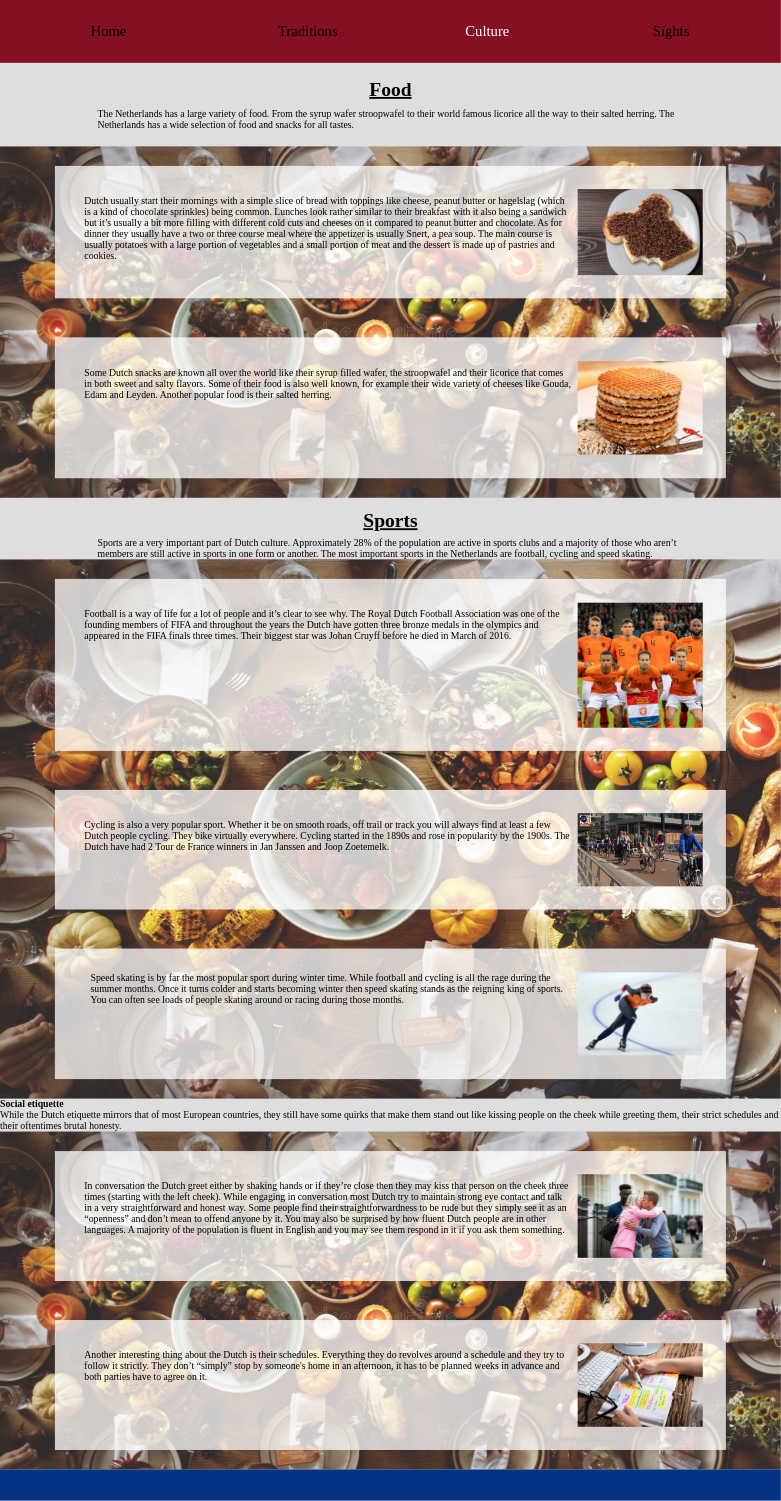
Repository: Cornman63/The-netherlands
Page: html/culture.html
An editor plug-in stored every save of this project. The page is shown before and after the next save, followed by the edit.
The browser window is 1280 px wide. The pictures show the whole page, at 61% of full size.

Above is the page before, as saved 2023-05-28 13:24:15.

### html/culture.html
<!DOCTYPE html>
<html lang="en">
<head>
    <meta charset="UTF-8">
    <meta http-equiv="X-UA-Compatible" content="IE=edge">
    <meta name="viewport" content="width=device-width, initial-scale=1.0">
    <title>Culture</title>
    <link rel="stylesheet" href="../CSS\style2.css">
</head>
<body>
<header>
    <div class="top">
        <div class="site"><a href="index.html" class="link">Home</a></div>
        <div class="site"><a href="traditions.html" class="link">Traditions</a></div>
        <div class="site"><a href="culture.html" style="color: white" class="link">Culture</a></div>
        <div class="site"><a href="sights.html" class="link">Sights</a></div>
    </div>
</header>

    <div class="text">
        <h4 class="h">Food</h4>
        <div class="food">
            <div class="intro">The Netherlands has a large variety of food. From the syrup wafer stroopwafel to their world famous licorice all the way to their salted herring. The Netherlands has a wide selection of food and snacks for all tastes. </div>
        </div>
        <div class="foodmain">
        <div class="item">
            <p class="par">Dutch usually start their mornings with a simple slice of bread with toppings like cheese, peanut butter or hagelslag (which is a kind of chocolate sprinkles) being common. Lunches look rather similar to their breakfast with it also being a sandwich but it’s usually a bit more filling with different cold cuts and cheeses on it compared to peanut butter and chocolate. As for dinner they usually have a two or three course meal where the appetizer is usually Snert, a pea soup. The main course is usually potatoes with a large portion of vegetables and a small portion of meat and the dessert is made up of pastries and cookies. </p>
            <img src="../images\hagelslag.jpg" alt="hagelslag" class="img">
        </div>
        <div class="item">
            <p class="par">Some Dutch snacks are known all over the world like their syrup filled wafer, the stroopwafel and their licorice that comes in both sweet and salty flavors. Some of their food is also well known, for example their wide variety of cheeses like Gouda, Edam and Leyden. Another popular food is their salted herring.</p>
            <img src="../images/stroopwafel.jpg" alt="stroopwafel" class="img">
        </div>
        </div>

        <div class="intro">
            <h2 class="h">Sports</h2>
            <p>Sports are a very important part of Dutch culture. Approximately 28% of the population are active in sports clubs and a majority of those who aren’t members are still active in sports in one form or another. The most important sports in the Netherlands are football, cycling and speed skating. </p>
        </div>
        <div class="sportmain">
            <div class="item">
            <p class="par">Football is a way of life for a lot of people and it’s clear to see why. The Royal Dutch Football Association was one of the founding members of FIFA and throughout the years the Dutch have gotten three bronze medals in the olympics and appeared in the FIFA finals three times. Their biggest star was Johan Cruyff before he died in March of 2016. </p>
            <img src="../images/football.jpg" alt="dutch football" class="img">
            </div>
            <div class="item">
                <p class="par">Cycling is also a very popular sport. Whether it be on smooth roads, off trail or track you will always find at least a few Dutch people cycling. They bike virtually everywhere. Cycling started in the 1890s and rose in popularity by the 1900s. The Dutch have had 2 Tour de France winners in Jan Janssen and Joop Zoetemelk.</p>
                <img src="../images/cycling.jpg" alt="cycling" class="img">
            </div>
            <div class="item">
                <p class="par"></p>Speed skating is by far the most popular sport during winter time. While football and cycling is all the rage during the summer months. Once it turns colder and starts becoming winter then speed skating stands as the reigning king of sports. You can often see loads of people skating around or racing during those months.</p>
                <img src="../images/skating.jpg" alt="skating" class="img">
            </div>
        </div>
        <div class="soceqstart">
            <h4>Social etiquette</h4>
            <p>While the Dutch etiquette mirrors that of most European countries, they still have some quirks that make them stand out like kissing people on the cheek while greeting them, their strict schedules and their oftentimes brutal honesty.</p>
        </div>
        <div class="soceqmain">
            <div class="item">
                <p class="par">In conversation the Dutch greet either by shaking hands or if they’re close then they may kiss that person on the cheek three times (starting with the left cheek). While engaging in conversation most Dutch try to maintain strong eye contact and talk in a very straightforward and honest way. Some people find their straightforwardness to be rude but they simply see it as an “openness” and don’t mean to offend anyone by it. You may also be surprised by how fluent Dutch people are in other languages. A majority of the population is fluent in English and you may see them respond in it if you ask them something.</p>
                <img src="../images/kiss.jpeg" alt="dutch kiss" class="img">
            </div>
            <div class="item">
                <p class="par">Another interesting thing about the Dutch is their schedules. Everything they do revolves around a schedule and they try to follow it strictly. They don’t “simply” stop by someone's home in an afternoon, it has to be planned weeks in advance and both parties have to agree on it.                </p>
                <img src="../images/schedule.webp" alt="schedule" class="img">
            </div>
        </div>
    </div>

<footer>
    <div class="bottom">

    </div>
</footer>

</body>
</html>

### CSS/style2.css
* {
    margin:0;
}
header{
    background-color: #861023;
    width: 100%;
}

footer{
    background-color: #053484;
    width: 100%;
}

.top, .bottom {
    display: flex;
    flex-direction: row;
    justify-content: center;
    align-content: center;
    margin: auto;
    padding: 2%;
    font-size: 150%;
}
.site {
    display: flex;
    border: 1%;
    margin: 1%;
    margin-left: 10%;
    align-content: center;
    width: 90%;
}

.link{
    text-decoration: none;
}
.link:link {
    color:black;
}
.link:visited {
    color:black;
}
.link:hover {
    color:white;
}
.foodmain, .sportmain, .soceqmain {
    display: flex;
    flex-direction: column;
    background-image: url(../images/dinner2.png);
    background-size: cover;
    border: 5%;
    overflow: hidden;
}
.sportsmain {
    background-image: url(../images/football.jpg);
}
.food,.h {
    margin: auto;
}
.h {
    justify-content: center;
    align-content:center;
    margin-top: 2%;
    margin-bottom: 1%;
    text-align: center;
    font-size:200%;
    text-decoration: underline;
}
.food {
    margin-bottom: 2%;
}
.item{
    max-width: 80%;
    margin: auto;
    display: flex;
    flex-direction: row;
    padding: 3%;
    background-color: rgba(255,255,255,0.75);
    border:5%;
    margin-top: 2.5%;
    margin-bottom: 2.5%;
}
.img {
    width: 20%;
    height: 20%;
    display: flex;
    flex-direction: row;
}
.par {
    padding: 1%;
}

.intro {
    width: 75%;
    margin: auto;
}
body {
    background-color:rgb(223, 222, 222);
}

After the next save:
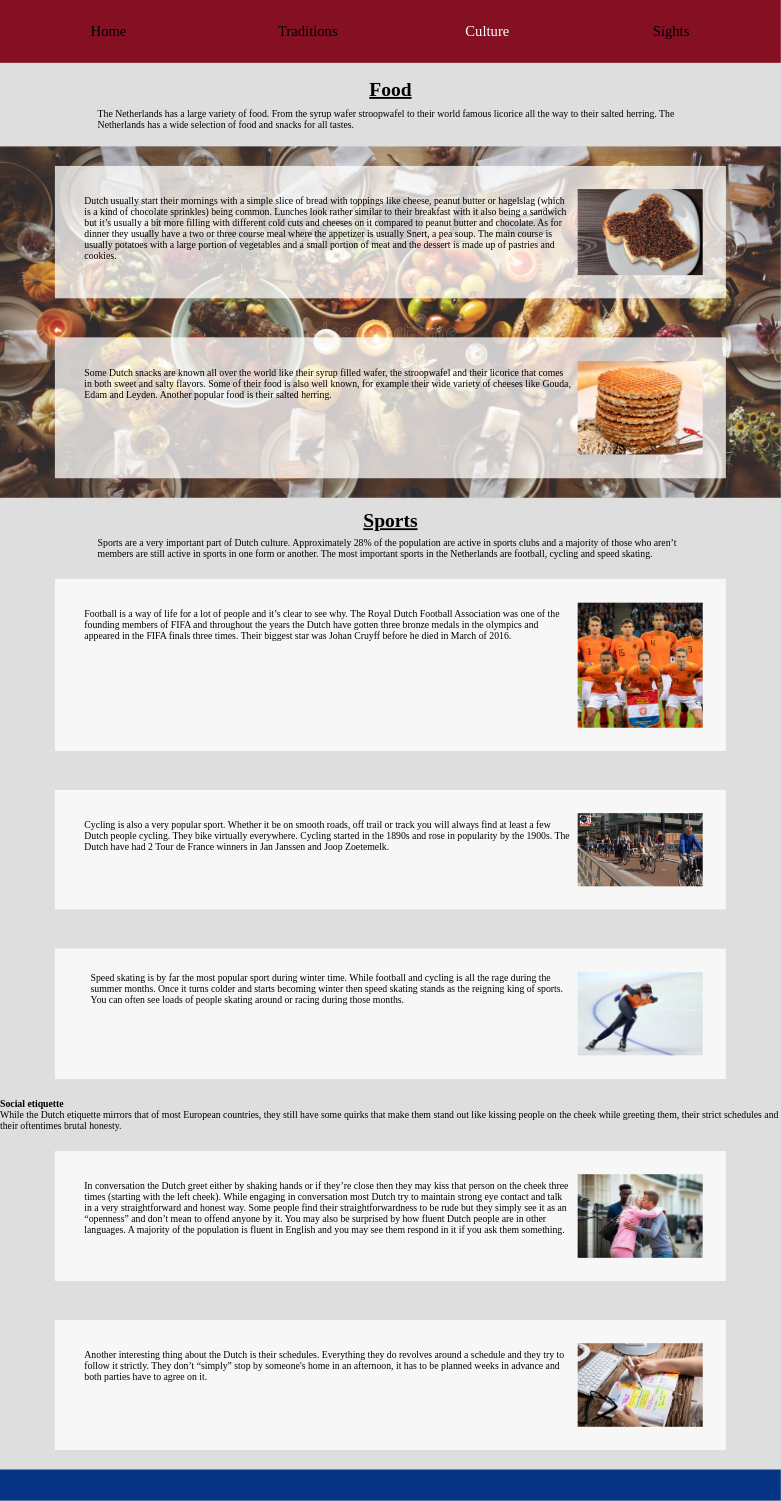
Saved 27 s later.
--- a/CSS/style2.css
+++ b/CSS/style2.css
@@ -44,10 +44,12 @@ footer{
 .foodmain, .sportmain, .soceqmain {
     display: flex;
     flex-direction: column;
-    background-image: url(../images/dinner2.png);
     background-size: cover;
     border: 5%;
     overflow: hidden;
+}
+.foodmain {
+    background-image: url(../images/dinner2.png);
 }
 .sportsmain {
     background-image: url(../images/football.jpg);

After the 4 saves that followed:
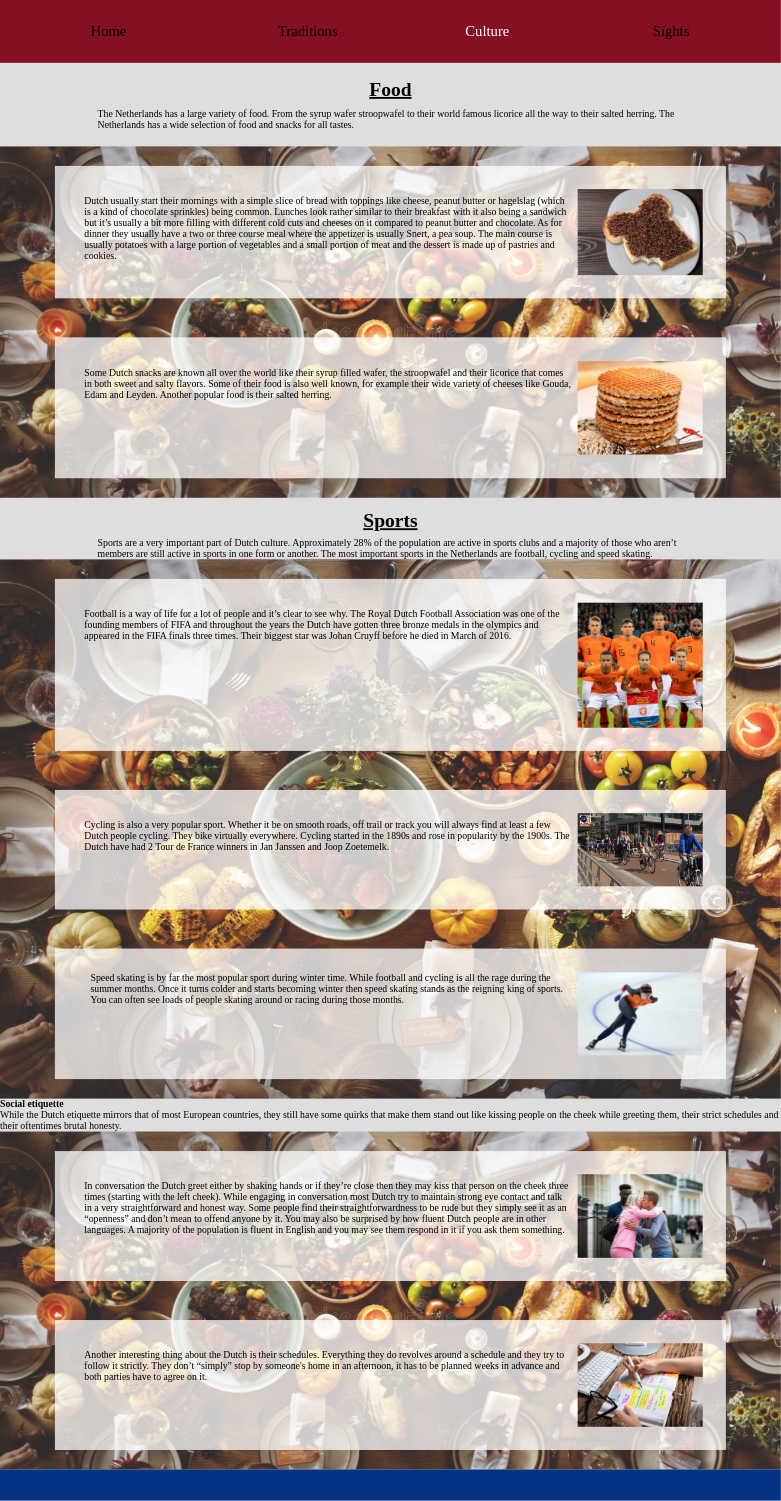
The 4 saves are shown as one change because 3 left the picture as it was.
The last was saved 4 min 0 s later.
--- a/CSS/style2.css
+++ b/CSS/style2.css
@@ -47,12 +47,13 @@ footer{
     background-size: cover;
     border: 5%;
     overflow: hidden;
+    background-image:url(../images/dinner2.png)
 }
 .foodmain {
     background-image: url(../images/dinner2.png);
 }
 .sportsmain {
-    background-image: url(../images/football.jpg);
+    background-image: url(../images/dinner2.png);
 }
 .food,.h {
     margin: auto;
